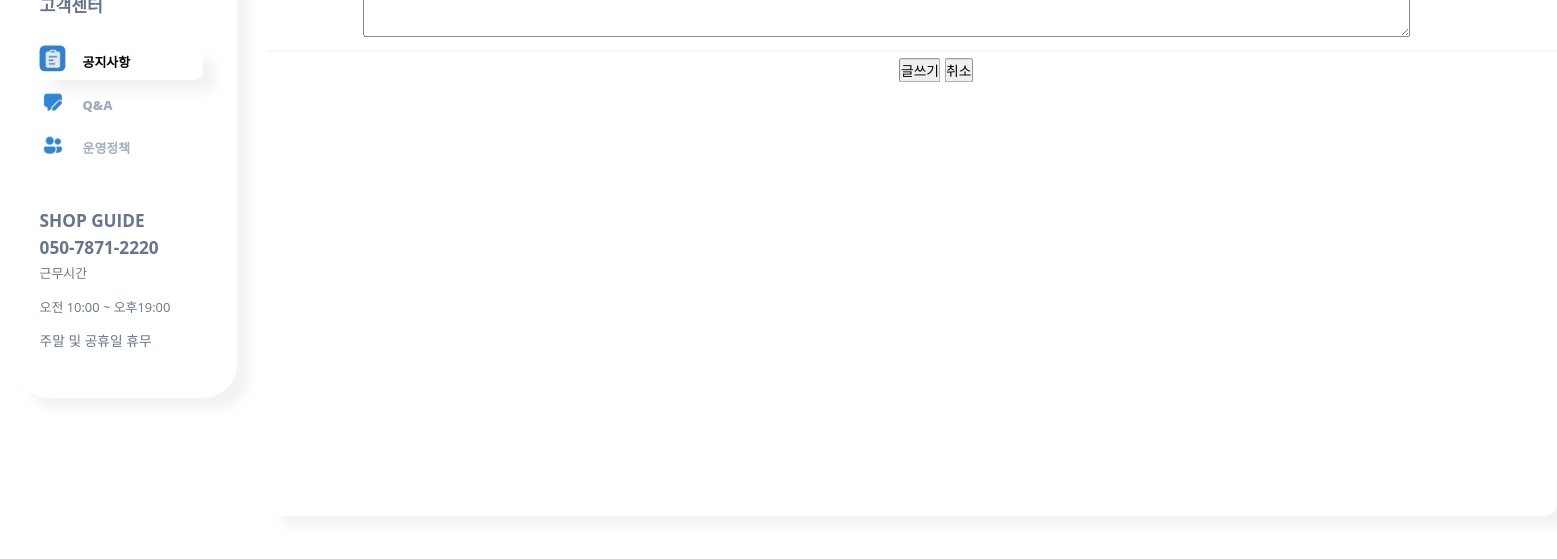
Repository: juukim93/-4-
Page: http://localhost/Project4/board/AnnouncementContent.jsp
An editor plug-in stored every save of this project. The page is shown before and after the next save, followed by the edit.
The browser window is 1280 px wide. The page is 1810 px wide, so the pictures cover 1810 px, including what lies to the right of the window. The pictures show the part of the page from y = 430 to 1080 px (the page is 1080 px tall), at 86% of full size.
The page is served by Tomcat 9. Other server files are loaded and not shown. The template is opened directly, without the code that normally fills it, so the values that code supplies are empty.

Above is the page before, as saved 2023-11-01 07:42:46.

### Project4/src/main/webapp/board/AnnouncementContent.jsp
<%@page import="com.project4.board.db.BoardDTO"%>
<%@page import="javax.swing.plaf.basic.BasicTabbedPaneUI"%>
<%@ page language="java" contentType="text/html; charset=UTF-8" pageEncoding="UTF-8"%>
<%@taglib prefix="c" uri="http://java.sun.com/jsp/jstl/core"%>
<!DOCTYPE html>
<html>
<head>
<meta charset="UTF-8">
<title>공지사항</title>
<link rel="stylesheet" type="text/css" href="./css/reset.css" />
<link rel="stylesheet" type="text/css" href="./css/layout.css" />
<link id="pagestyle" href="./css/board.css" rel="stylesheet" />
<script src="./js/jquery.js"></script>
<script language="JavaScript" type="text/javascript"></script>

<script>
	// 창 사이즈에 따라 움직이는 제이쿼리문
	$(document).ready(function() {
		$('selector').css('width', $(window).width());
		$('selector').css('height', $(window).height());
		$(window).resize(function() {
			$('selector').css('width', $(window).width());
			$('selector').css('height', $(window).height());
		});
	});

	$(function() {
		let currentBtn = null; // 현재 선택된 메뉴 아이콘 저장 변수
		let currentBox = null; // 현재 선택된 Box 저장 변수
		let currentSpan = null; // 현재 선택된 span 태그 저장 변수

		// 페이지 로드 시 HOME 버튼을 클릭한 상태로 초기화
		const homeButton = $('.mn_btn:eq(5)');
		setButtonStyle(homeButton);

		// 클릭 가능한 모든 메뉴 아이콘에 대한 이벤트 처리
		$('.mn_btn').click(function() {
			if (currentBtn !== null && !$(this).is(currentBtn)) {
				resetButtonStyle(currentBtn);
			}
			setButtonStyle($(this));
		});

		// 스타일 초기화 함수
		function resetButtonStyle($btn) {
			$btn.closest('.mn_box').css('box-shadow', 'none');
			$btn.find('.mn_icon').css('background-color', '#fff');
			$btn.find('.mn_icon img').css('filter', '');
			$btn.find('.clickable-span').css('color', '#A0AEC0');
		}

		// 스타일 설정 함수
		function setButtonStyle($btn) {
			$btn.closest('.mn_box').css('box-shadow',
					'rgba(0, 0, 0, 0.05) 14px 14px 14px');
			$btn.find('.mn_icon').css('background-color', '#3182ce');
			$btn
					.find('.mn_icon img')
					.css(
							'filter',
							'invert(100%) sepia(0%) saturate(0%) hue-rotate(93deg) brightness(103%) contrast(103%)');
			$btn.find('.clickable-span').css('color', '#000');
			currentBtn = $btn;
		}
	});
</script>
</head>
<body>

	<!-- 전체 창 -->
	<div id="wrap">
		<!-- 뒷배경 -->
		<div class="bg"></div>
		<!-- 메뉴 -->
		<div class="main">
			<!-- 로고 -->
			<div class="logo">
				<a href="./main.ma"><img src="./icon/logo.png"></a>
			</div>
			<!-- 메인메뉴 -->
			<div class="main_mn">
				<!-- 홈버튼 -->
				<div class="mn_box">
					<a href="./main.ma" class="mn_btn">
						<div class="mn_icon">
							<img src="./icon/home.png">
						</div> <span class="clickable-span">HOME</span>
					</a>
				</div>
				<!-- 중고매입버튼 -->
				<div class="mn_box">
					<a href="./product/orderList.jsp" class="mn_btn">
						<div class="mn_icon">
							<img src="./icon/중고매입.png">
						</div> <span class="clickable-span">내 기기 구매/대여</span>
					</a>
				</div>
				<!-- 중고판매버튼 -->
				<div class="mn_box">
					<a href="./product/saleList.jsp" class="mn_btn">
						<div class="mn_icon">
							<img src="./icon/중고판매.png">
						</div> <span class="clickable-span">내 기기 판매</span>
					</a>
				</div>
				<!-- 기기대여버튼 -->
				<div class="mn_box">
					<a href="./center/center.jsp" class="mn_btn">
						<div class="mn_icon">
							<img src="./icon/기기대여.png">
						</div> <span class="clickable-span">A/S 센터</span>
					</a>
				</div>
				<!-- 포토후기버튼 -->
				<div class="mn_box">
					<a href="Review.bo" class="mn_btn">
						<div class="mn_icon">
							<img src="./icon/포토후기.png">
						</div> <span class="clickable-span">포토후기</span>
					</a>
				</div>

				<!-- 고객센터 부분 -->
				<div class="mn_center">
					<h2>고객센터</h2>

					<!-- 공지사항 부분 -->
					<div class="mn_box">
						<a href="Announcement.bo" class="mn_btn">
							<div class="mn_icon">
								<img src="./icon/공지사항.png">
							</div> <span class="clickable-span">공지사항</span>
						</a>
					</div>
					<!-- Q&A 부분 -->
					<div class="mn_box">
						<a href="Q&A.bo" class="mn_btn">
							<div class="mn_icon">
								<img src="./icon/Q&A.png">
							</div> <span class="clickable-span">Q&A</span>
						</a>
					</div>
					<!-- 운영정책 부분 -->
					<div class="mn_box">
						<a href="OperatingPolicy.jsp" class="mn_btn">
							<div class="mn_icon">
								<img src="./icon/운영정책.png">
							</div> <span class="clickable-span">운영정책</span>
						</a>
					</div>
				</div>
			</div>
			<!-- 메뉴 하단부분 -->
			<div class="footer">
				<h1>SHOP GUIDE</h1>
				<h1>050-7871-2220</h1>
				<p>근무시간</p>
				<p>오전 10:00 ~ 오후19:00</p>
				<o>주말 및 공휴일 휴무</o>
			</div>
		</div>
		<!-- 마이페이지 -->
		<div class="mypage">
			<a href="./member/myPage.jsp"> <span class="mypage_bt_icon"><img src="./icon/마이페이지.png"></span>
			</a>
		</div>
		<!-- 로그인 -->
		<div class="login">
			<a href="./member/loginForm.jsp">
				<p class="login_bt_text">로그인</p>
			</a>
		</div>
		<!-- 검색창 -->
		<div class="search">
			<form action="">
				<input type="text" name="search" size="15" placeholder="  검색" style="border: none; width: 150px; height: 30px; font-size: 17px; float: left; border-radius: 10px 0 0 10px"> <input type="submit" value="" class="btn_submit">
		</div>

		<!-- 메인페이지 -->

		<div class="row">

			<input type="button" value="공지사항 작성" onclick="location.href='AnnouncementWrite.bo'"> <input type="button" value="공지사항 수정"> <input type="button" value="공지사항 삭제">

			<div class="section section-properties">
				<div class="container">
					<div class="two_third first" style="height: auto">
						<div class="col-lg-12">
							<h2 class="font-weight-bold text-primary heading">
								<b>본문 내용</b>
							</h2>
							<hr />
							<br>
							<br>
							<div class="two_third first">
								<form method=post action="./AnnouncementContent.bo" id="acc">
									<table class="table">
										<tr>
											<th width=20% class="text-right">관리자아이디</th>
											<td width=80%><input type=text name=name size=15 class="input-sm" id="name" value="${dto.board_id }"> <input type=hidden name=no value="${dto.board_id }" id="no"></td>
										</tr>
										<tr>
											<th width=20% class="text-right">제목</th>
											<td width=80%><input type=text name=subject size=150 class="input-sm" id="subject" value="${dto.board_subject }"></td>
										</tr>
										<tr>
											<th width=20% class="text-right">내용</th>
											<td width=80%><textarea rows="10" cols="150" name=content id="content">${dto.board_content }</textarea></td>
										</tr>

										<tr>
											<td colspan="2" class="text-center"><input type=button value="글쓰기" class="button" id="writeBtn"> <input type=button value="취소" class="button" onclick="javascript:history.back()"></td>
										</tr>
									</table>
								</form>

							</div>

						</div>
</body>
</html>

### Project4/src/main/webapp/css/reset.css
/* 기본값 */
*{margin: 0; padding: 0;}
body{ font-family: "맑은고딕";
      font-size: 12px;
      color:#333;}
ul,li{ list-style: none;}
a{text-decoration: none; color:#333;}
img{border:0;}

### Project4/src/main/webapp/css/layout.css
/* 전체페이지 */
#wrap{
      width:100%;
      height: 1080px;
      position: relative
      }

/* 배경이미지 */
.bg{
    min-height: 40vh;
    width: 100%;
    height: 430px;
    position: absolute;
    background-image: url(https://demos.creative-tim.com/argon-dashboard-chakra/static/media/admin-background.5e664491.png);
    background-size: cover;
    top: 0px;
    }

/* 메인 */
.main{
      width: 260px;
      height: 860px;
      margin-top: 33px;
      margin-left: 16px;
      float: left;
      position: fixed;
      background-color: #fff;
      border-radius: 40px;
      box-shadow: rgba(0, 0, 0, 0.05) 14px 14px 14px;
      }



/* 로고 */
.logo{
      margin: auto;
      width: 130px;
      }

/* 메인메뉴 */
.main_mn{
        position: relative;
        width: 200px;
        height: 500px;
        margin: auto;
        margin-top: 10px;
        }


/* 메인메뉴(홈) */
.mn_box{
          margin-top: 10px;
          width: 190px;
          height: 40px;
          border-radius: 10px;
          transition: box-shadow 0.3s ease;
          }


/* 메뉴이미지 배경 */
.mn_icon{
          float: left;
          width:30px;
          height: 30px;
          border-radius: 20%;
          transition: background-color 0.3s ease;
        }

/* 메뉴이미지 */
.mn_box img{
              margin-top: 3px;
              margin-left: 3px;
              filter: invert(44%) sepia(11%) saturate(3408%) hue-rotate(168deg) brightness(101%) contrast(86%);
              transition: filter 0.3s ease;
            }



/* 메뉴 텍스트 */
.clickable-span {
                float: left;
                font-size: 15px;
                color: #A0AEC0;
                margin-left: 20px;
                margin-top: 7px;
                font-weight: 900;
                }


/* 고객센터 텍스트 */
.mn_center h2{
            margin-top: 30px;
            margin-bottom: 30px;
            font-size: 20px
}

/* 메뉴 하단부분 */
.footer{
        width: 200px;
        height: 130px;
        margin: auto;
        margin-top: 20px;
        }

.footer h1{
		   font-size: 20px;
		  }

.footer p{
           font-size: 15px;
		  }

/* 마이페이지 부분 */
.mypage{
		float: right;
        position: relative;
        height: 40px;


        align-items: center;
        margin-top: 17px;
        margin-right: 30px;
		}


/* 마이페이지 아이콘 부분 */
.mypage_bt_icon{
                float: left;
                filter: invert(96%) sepia(0%) saturate(7500%) hue-rotate(271deg) brightness(102%) contrast(104%);
              }

/* 로그인 */
.login{
        float: right;
        position: relative;
        width: 90px;
        height: 40px;

        align-items: center;
        margin-top: 17px;
      }


/* 로그인 텍스트 부분 */
.login_bt_text{
                float: left;
                margin-right: 10px;
                margin-left: 10px;
                font-size: 20px;
                font-weight: 900;
                color: white;
              }

 /* 검색창 */
 .search{
	        float: right;
	        position: relative;
	        background-color: white;
	        width: 185px;
	        height: 30px;
	        border-radius: 10px;
	        margin-right: 20px;
	        margin-top: 15px;
        }

/* 검색창 TEXT */
.search input{outline: none;}

/* 검색 내용 전송버튼 */
.btn_submit{
            background-image: url('../icon/검색.png');
            background-position:  0px 0px;
            background-repeat: no-repeat;
            width: 35px;
            height: 30px;
            border: none;
            border-radius: 0 10px 10px 0;
            cursor:pointer;
            outline: 0;
            background-color:transparent;
          }


/* 메인이미지 */
#main_img{
          position: absolute;
          width: 1500px;
          height: 930px;
          margin-top: 100px;
          margin-left: 310px;
          border-radius: 20px;
          box-shadow: rgba(0, 0, 0, 0.05) 14px 14px 14px;
          background-color: #fff;
          }

#main_img .img_area{
                    width: 1500px;
                    height: 510px;
                    position: relative;
                    overflow: hidden;
                    border-radius: 20px 20px 0 0;
                    }
#main_img .imgs li{
                    width: 1500px; height: 1500px;
                  }
#main_img .imgs li:nth-child(1){
                                position:absolute; left: 0; top:0;
                                }
#main_img .imgs li:nth-child(2){
                                position:absolute; left: 100%; top:0;
                                }
#main_img .imgs li:nth-child(3){
                                position:absolute; left: 200%; top:0;
                                }
#main_img .imgs li:nth-child(4){
                                position:absolute; left: 300%; top:0;
                                }



/* 메인이미지 버튼부분 */
#main_img .btns{
                position: absolute;
                left: 50%;
                margin-left:-35px;
                bottom:30px;
                z-index: 5000;
                }
#main_img .btns > li{
                      float: left;
                      margin-right: 10px;
                      width: 10px;
                      height: 10px;
                      cursor: pointer;
                      border-radius: 50%; border: 1px solid #000;
                    }

#main_img .btns li.active {
                            background-color: #ff0000; /* 원하는 색상으로 변경 */
                            color: #fff; /* 텍스트 색상 변경 */
                          }


/* 중고매입 테이블 부분 */
.row {
  	  position: absolute;
      width: 1500px;
      height: 930px;
      margin-top: 100px;
      margin-left: 310px;
      border-radius: 20px 14px 14px 20px;
      box-shadow: rgba(0, 0, 0, 0.05) 14px 14px 14px;
      background-color: #fff;
      overflow:auto;
	  }

.row::-webkit-scrollbar {
  width: 10px;
  border-radius: 0 20px 20px 0;
}
.row::-webkit-scrollbar-thumb {
								  background-color: #2f3542;
								  border-radius: 10px;
								  background-clip: padding-box;
								  border: 2px solid transparent;
							  }

.row::-webkit-scrollbar-track {
							  background-color: #fff;
							  border-radius: 0 50px 50px 0;
							  box-shadow: inset 0px 0px 5px white;
							  }

.detail_img{
			display: inline-block;
			vertical-align: top;
			margin: 0;
			margin-top: 200px;
			margin-left: 100px
			}

.sub_op{
		display: inline-block;
	    vertical-align: top;
	    margin: 0;
	    margin-left: 200px;
	    margin-top: 200px;
}



#page_control{
			  text-align: center;
			  width: 100%;
			 }


/* 하단이미지 부분 */
#main_img .footer_imgs{
                        width: 1280px;
                        height: 300px;
                        margin-top: 60px;
                        margin-left: 110px;
                      }



#map{
	  display: inline-block;
	  vertical-align: top;
	  margin: 0;
	  width:700px;height:600px;
	  margin-top: 100px;
	 }

#delete_bt{
		background-color: #fff;
		border: none;
		cursor: pointer;
}


.center-write{
			   display: inline-block;
			   vertical-align: top;
			   margin: 0;
			   width: 700px;
			   height: 350px;
			   margin-left: 50px;
			   margin-top: 50px;
			 }

.center-title{
			  text-align: center;
			  padding: 0.75rem 1.5rem;
			  text-transform: capitalize;
			  letter-spacing: 0px;
			  border-bottom: 1px solid #e9ecef;
			  }

.center-detail{
			   text-align: left;
			   padding: 0.75rem 1.5rem;
			   text-transform: capitalize;
			   letter-spacing: 0px;
			   border-bottom: 1px solid #e9ecef;
			   height: 110px;
			   }

.center-detail #input1{
					     float: right;
					     width: 450px;
					     font-size: 15px;
						 border: 1px solid skyblue;
						 border-radius: 15px;
						 outline: none;
						 padding-left: 10px;
					   }

#input2{
	     float: right;
	     width: 450px;
	     height: 90px;
	     font-size: 15px;
		 border: 1px solid skyblue;
		 border-radius: 15px;
		 outline: none;
		 padding-left: 10px;
		 vertical-align: text-top;
		 resize: none;
	   }
#input2::placeholder{
					  position: absolute;
					  top: 0;
					 }

#sample6_postcode{
				  width: 350px;
				  border: 1px solid skyblue;
				  border-radius: 15px;
				  outline: none;
				  padding-left: 10px;
				  margin-bottom: 5px;
				 }

#sample6_address{
				 width: 450px;
				 border: 1px solid skyblue;
				 border-radius: 15px;
				 outline: none;
				 padding-left: 10px;
				 margin-bottom: 5px;
				 }
#sample6_detailAddress{
						border: 1px solid skyblue;
						border-radius: 15px;
						outline: none;
						padding-left: 10px;
					   }

#sample6_extraAddress{
					  border: 1px solid skyblue;
					  border-radius: 15px;
					  outline: none;
					  padding-left: 10px;
					  }

#sample6_button{
				width: 100px;
				background-color: skyblue;
				border-radius: 15px;
				font-size: 16px;
				color: #fff;
				border: 1px solid skyblue;
				cursor: pointer;
				}

#center-app{
			width: 100px;
			float: right;
			border: 1px solid skyblue;
			background-color: skyblue;
			border-radius: 15px;
			color: #fff;
			cursor: pointer;
			}
#center-app2{
			width: 100px;
			float: right;
			border: 1px solid skyblue;
			background-color: skyblue;
			border-radius: 15px;
			color: #fff;
			cursor: pointer;
			font: 15px;
			}


.search_form{
			 float: right;
			}

.input_box{
			outline: none;
			border-radius: 10px;
			border: 1px solid skyblue;
			margin-bottom: 10px;
			}

.table-search-btn{
				  border-radius: 10px;
				  background-color: #fff;
				  border: 1px solid skyblue;
				  color: #6c757d;
				  margin-bottom: 14px;
				  width: 50px;
				  }

.table-search-btn:hover{
						color: #fff;
						background-color: skyblue;
						}

Loaded but not shown: Project4/src/main/webapp/js/jquery.js (library); Project4/src/main/webapp/css/board.css (534 lines, source omitted)

After the next save:
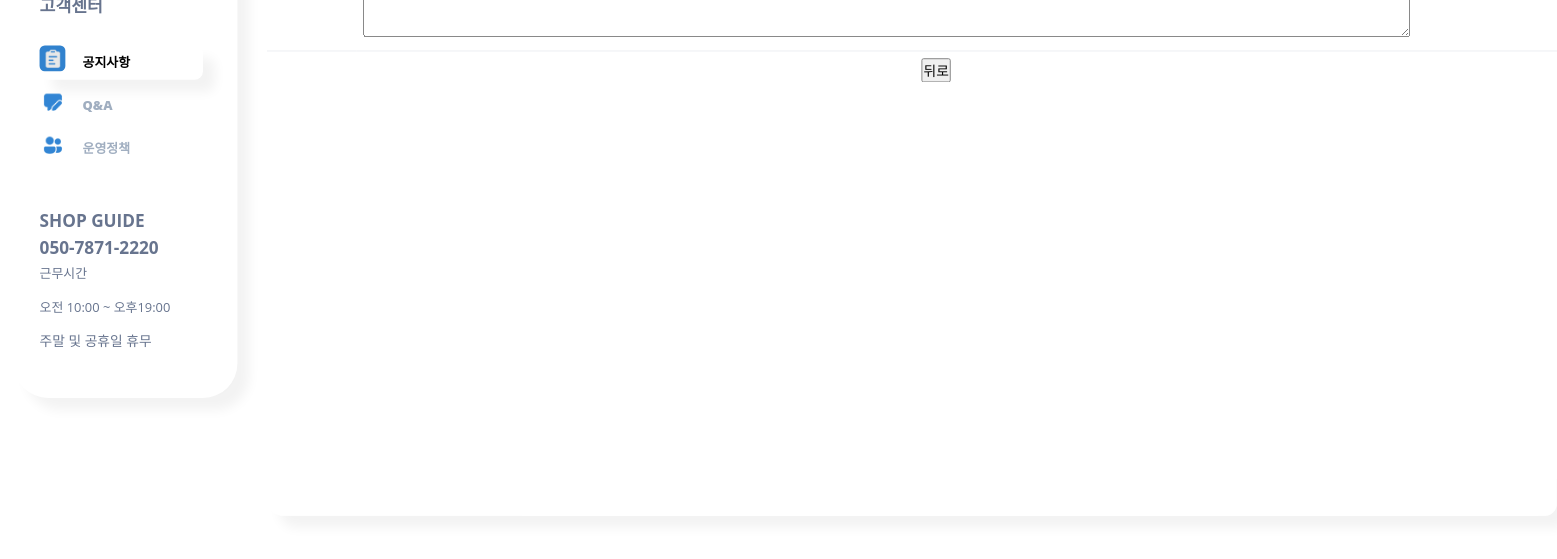
Saved 70 s later.
--- a/Project4/src/main/webapp/board/AnnouncementContent.jsp
+++ b/Project4/src/main/webapp/board/AnnouncementContent.jsp
@@ -209,7 +209,7 @@
 										</tr>
 
 										<tr>
-											<td colspan="2" class="text-center"><input type=button value="글쓰기" class="button" id="writeBtn"> <input type=button value="취소" class="button" onclick="javascript:history.back()"></td>
+											<td colspan="2" class="text-center"> <input type=button value="뒤로" class="button" onclick="javascript:history.back()"></td>
 										</tr>
 									</table>
 								</form>
